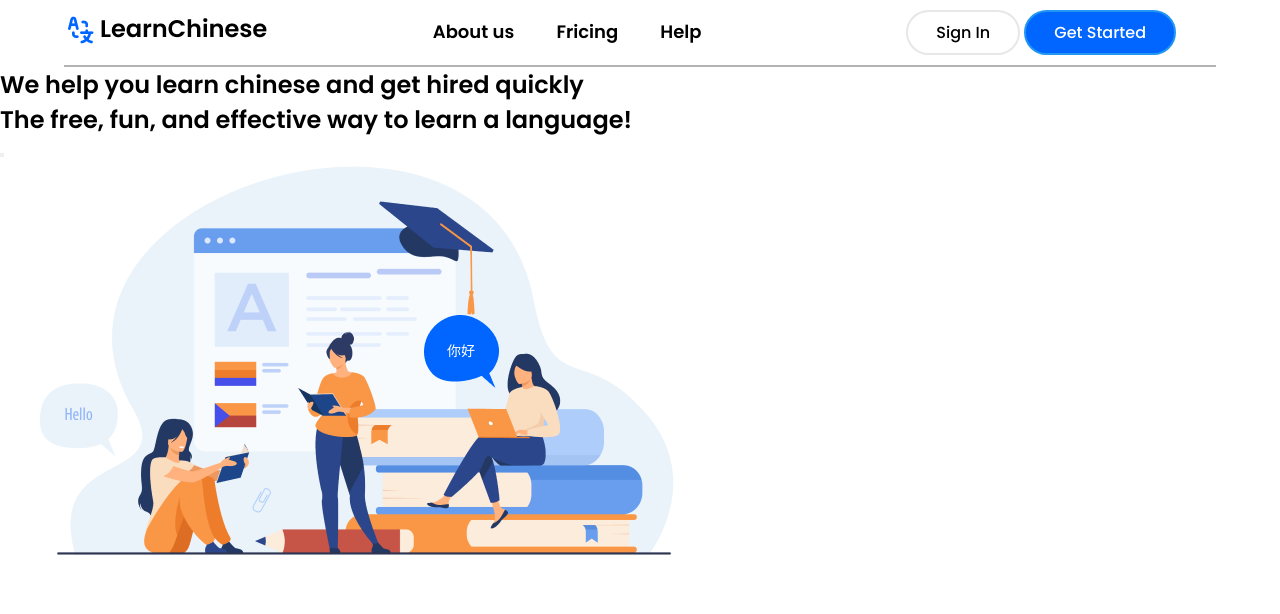
Repository: BinhIT/ChineseLearn
Page: index.html
The author's editor kept a copy of each file at every save. The page is drawn from the files as they stood at one save, then again after the next save.
The browser window is 1280 px wide. The pictures show the whole page.

Above is the page before, as saved 2023-03-01 10:02:40.

### index.html
<!DOCTYPE html>
<html lang="en">

<head>
    <meta charset="UTF-8">
    <meta http-equiv="X-UA-Compatible" content="IE=edge">
    <meta name="viewport" content="width=device-width, initial-scale=1.0">
    <link rel="icon" type="image/x-icon" href="./image/uil_english-to-chinese.svg">
    <meta name="viewport" content="width=device-width, initial-scale=1">
    <link rel="stylesheet" href="https://cdnjs.cloudflare.com/ajax/libs/font-awesome/4.7.0/css/font-awesome.min.css">
    <meta name="viewport" content="width=device-width, initial-scale=1">
    <link rel="stylesheet" href="https://cdnjs.cloudflare.com/ajax/libs/font-awesome/4.7.0/css/font-awesome.min.css">
    <link rel="stylesheet" href="./css/header.css">
    <link rel="stylesheet" href="./css/section.css">
    <title>Learn Chinese </title>
</head>

<body>
    <nav id="menu_header">
        <a href="javascript:void(0);" class="icon_nav" onclick="myFunction()">
            <i class="fa fa-bars"></i>
        </a>
        <label class="logo_main"><img src="./image/logo.png" alt=""></label>
        <label class="logo_mobile"><img src="./image/logo_short.png" alt=""></label>
        <ul id="menu_link">
            <li><a href="#">About us</a></li>
            <li><a href="#">Fricing</a></li>
            <li><a href="#">Help</a></li>
        </ul>
        <ul id="menu_btn">
            <button class="btn_header default">Sign In</button>
            <button class="btn_header info">Get Started</button>
        </ul>

    </nav>
    <section>
        <div class="row">
            <div class="colum">
                <h1>We help you learn chinese and get hired quickly</h1>
                <h2>The free, fun, and effective way to learn a language!</h2>
                <button></button>
            </div>
            <div class="colum">
                <img src="./image/img-hero.png" alt="">
            </div>
        </div>

    </section>
</body>
<script src="./js/header.js"></script>

</html>

### css/header.css
@import url('https://fonts.googleapis.com/css2?family=Poppins:wght@500;600&display=swap');



* {
    padding: 0;
    margin: 0;
    text-decoration: none;
    list-style: none;
    font-family: 'Poppins', sans-serif;

}

#menu_header {
    display: flex;
    flex-wrap: nowrap;
    justify-content: space-between;
    align-items: center;
}

nav {
    height: 65px;
    width: 90%;
    margin: 0 auto;
    background: #ffffff;
    border-bottom: 2px solid #B3B3B3;
}

label.logo {
    font-size: 35px;
    font-weight: bold;
    color: #fff;
    padding: 0 100px;
    line-height: 80px;
}

nav ul {
    float: right;
    margin-right: 40px;
}

nav li {
    display: inline-block;
    margin: 0 8px;
    line-height: 80px;
}

nav a {
    color: #000000;
    font-size: 18px;
    font-weight: 700;
    border: 1px solid transparent;
    padding: 7px 10px;
    border-radius: 3px;
}

a.active,
a:hover {
    border: 1px solid #000000;
    transition: .5s;
}



.btn_header {
    border: 2px solid black;
    border-radius: 25px;
    background-color: white;
    color: black;
    padding: 8px 28px;
    font-size: 16px;
    cursor: pointer;

}

/* Blue */
.info {
    background-color: #0066FF;
    border-color: #2196F3;
    color: rgb(255, 255, 255);
}

.info:hover {
    background: #0066FF;
    color: white;
}

/* Gray */
.default {
    border-color: #e7e7e7;
    color: black;
}

.default:hover {
    background: #e7e7e7;
}

/* logo */
.logo_mobile {
    display: none;
}

#menu_header .icon_nav {
    display: none;

}



@media only screen and (max-width:765px) {
    .logo_mobile {
        display: block;
    }

    .logo_main {
        display: none;
    }

    nav {
        width: 95%;
    }

    #menu_header .icon_nav {
        display: block;
        width: 30%;
    }

    #menu_btn {
        display: contents;
        float: right;
    }

    #menu_btn .default {
        display: none;
    }

    #menu_header #menu_link {
        display: none;
    }

    .btn_header {
        font-size: 5px;
        padding: 8px 25px;
    }


}

@media screen and (max-width: 1024px) {
    nav #icon {
        display: block;
    }

    .logo_mobile {
        display: block;
        width: 15%;
    }

    .logo_main {
        display: none;
    }

    nav a {
        font-size: 18px;
    }

    a.active,
    a:hover {
        border: none;
        color: #3498db;
    }

    nav ul.show {
        left: 0;
    }

    .btn_header {

        font-size: 8px;
    }
}

### css/section.css
/* section hero */
.column {
    float: left;
    width: 50%;
}

/* Clear floats after the columns */
.row:after {
    content: "";
    display: table;
    clear: both;
}

Loaded but not shown: js/header.js (common file)

After the next save:
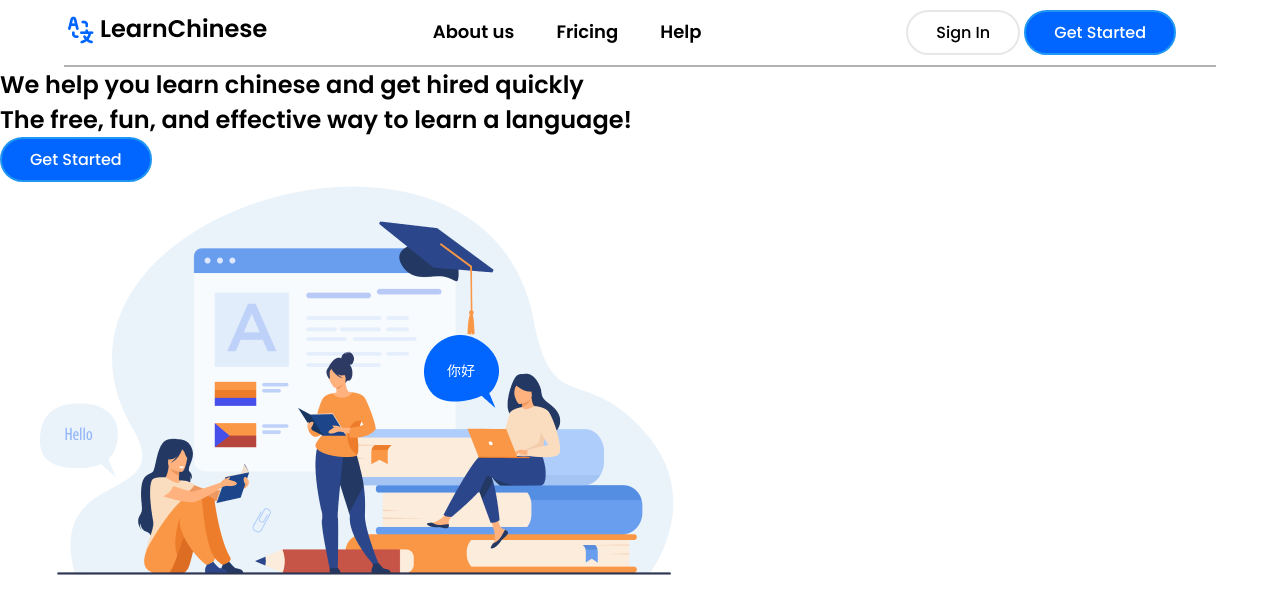
Saved 7 s later.
--- a/index.html
+++ b/index.html
@@ -38,7 +38,7 @@
             <div class="colum">
                 <h1>We help you learn chinese and get hired quickly</h1>
                 <h2>The free, fun, and effective way to learn a language!</h2>
-                <button></button>
+                <button class="btn_header info">Get Started</button>
             </div>
             <div class="colum">
                 <img src="./image/img-hero.png" alt="">
